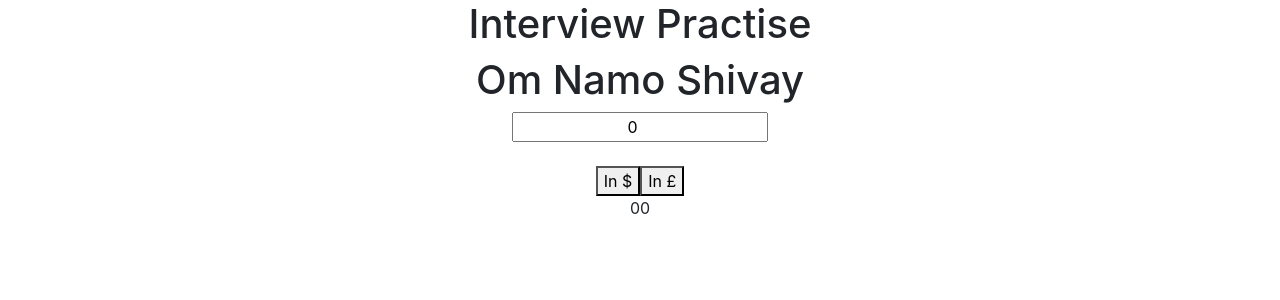
Repository: punitbathija/Machine-Round-React
Page: /
These files come from the project's save history. The page is drawn as it stood at one moment and after the next save; the edit follows.
The browser window is 1280 px wide. The pictures show the whole page.
The project was rebuilt for these pictures with package versions that can differ from the ones it lists, and the page was loaded fresh each time. Also part of the build but not shown: src/components/counter.jsx, src/components/ProgressBar.js.

Above is the page before, as saved 2023-06-01 13:25:20.

After the next save:
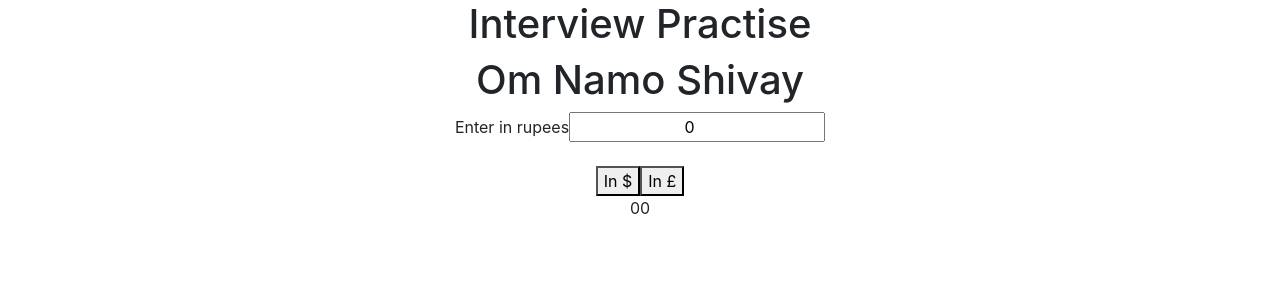
Saved 75 s later.
--- a/src/components/CurrencyCoverter.js
+++ b/src/components/CurrencyCoverter.js
@@ -16,7 +16,9 @@ const CurrencyCoverter = () => {
   return (
     <div style={{ textAlign: "center" }}>
       <h1>Om Namo Shivay</h1>
+      <label for="inRupees">Enter in rupees</label>
       <input
+        name="inRupees"
         type="number"
         placeholder="enter amount"
         style={{ textAlign: "center" }}
